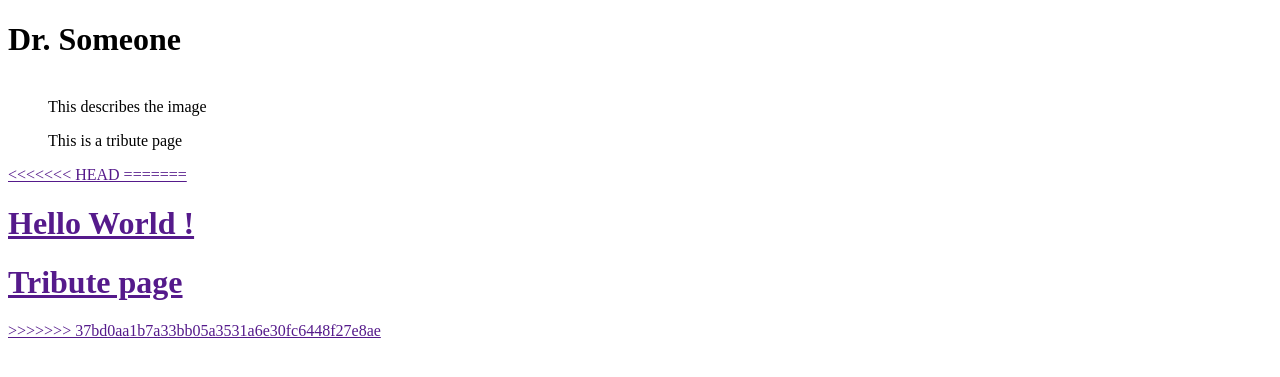
Repository: raphael-stefan/microverse-trieals-ibifuro-raphael
Page: index.html
An editor plug-in stored every save of this project. The page is shown before and after the next save, followed by the edit.
The browser window is 1280 px wide. The pictures show the whole page.

Above is the page before, as saved 2021-02-10 19:52:19.

After the next save:
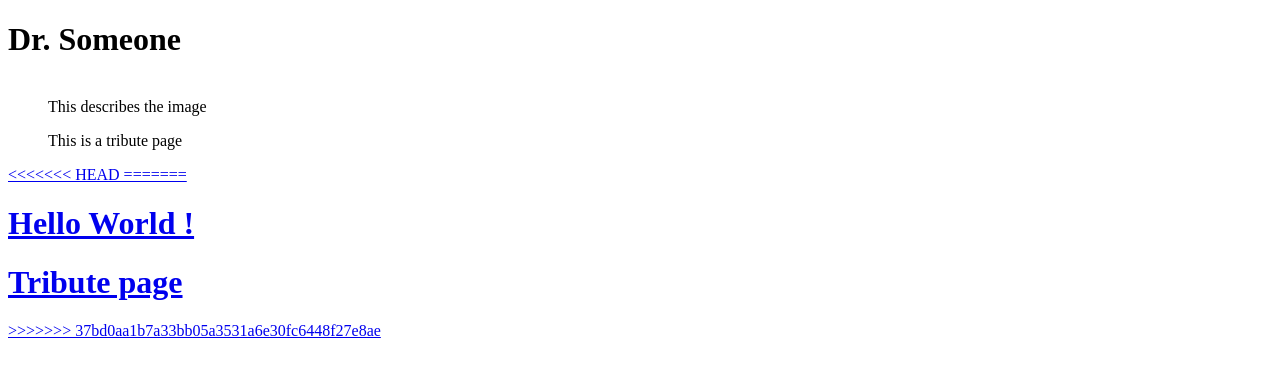
Saved 27 s later.
--- a/index.html
+++ b/index.html
@@ -14,7 +14,7 @@
       <img src="" alt="" id="image"/>
         <div id="img-caption"> This describes the image</div>
         <p id="tribute-info">This is a tribute page</p>
-      <a href="" id="tribute-link" target="_blank">
+      <a href="www.google.com" id="tribute-link" target="_blank">
     </div>
     </figure>
 
